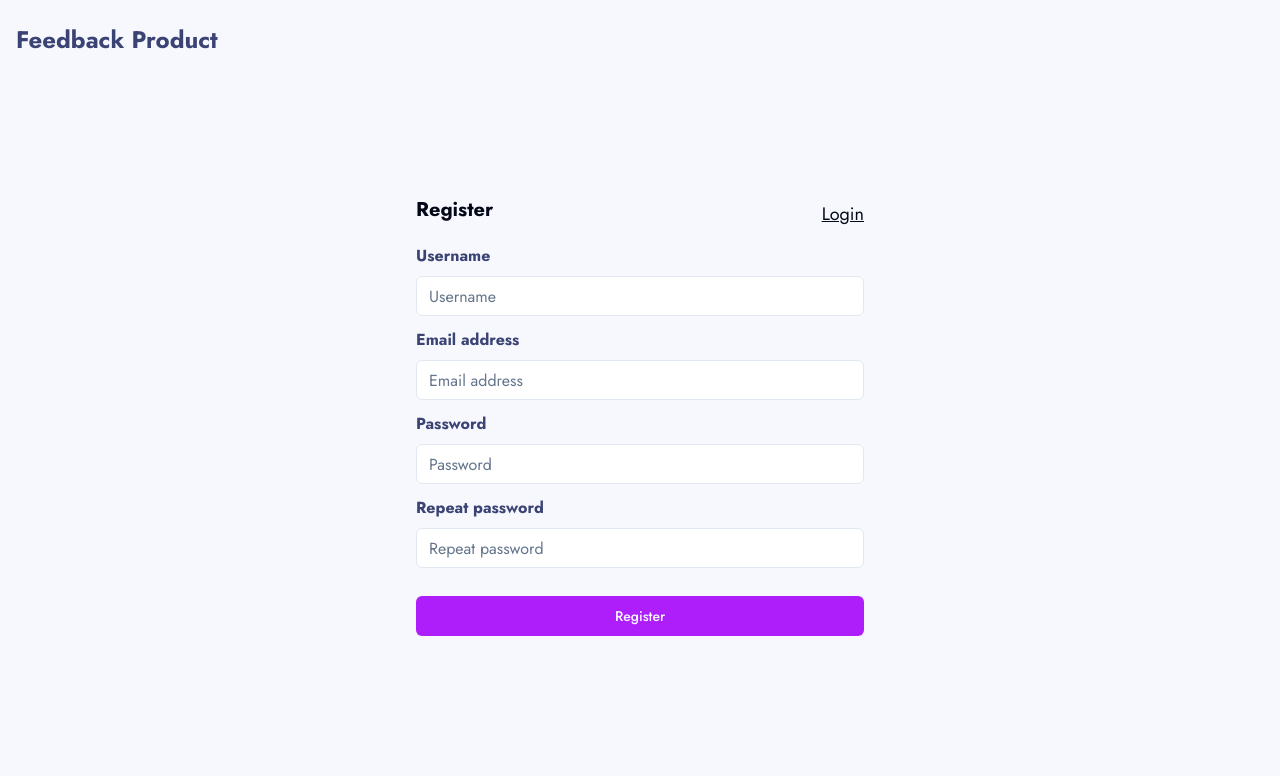
Repository: KornelJanczak/product-feedback-app
Page: /register
These files come from the project's save history. The page is drawn as it stood at one moment and after a run of saves; the edit follows.
The browser window is 1280 px wide. The pictures show the whole page.
The page's requests for data from a server got no answer. The project was rebuilt for these pictures with package versions that can differ from the ones it lists, and the page was loaded fresh each time. The framework's server and built-in components were replaced by stand-ins that run in the browser. No one was signed in, and anything a server would have sent is missing. Also part of the build but not shown: next.config.js, next.config.mjs.

Above is the page before, as saved 2024-01-28 19:48:07.

### app/layout.tsx
import type { Metadata } from "next";
import { Jost } from "next/font/google";
import { Toaster } from "sonner";
import "./globals.css";
import { authOptions } from "@/app/api/auth/[...nextauth]/options";
import { getServerSession } from "next-auth";
import AuthProvider from "@/providers/session-provider";

export const jost = Jost({
  subsets: ["latin"],
});

export const metadata: Metadata = {
  title: "Product Feedback",
  description: "Create your own section!",
};

export default async function RootLayout({
  children,
}: Readonly<{
  children: React.ReactNode;
}>) {
  const session = await getServerSession(authOptions);

  return (
    <html lang="en">
      <body
        className={`${jost.className} bg-darkWhite`}
        suppressHydrationWarning={true}
      >
        <AuthProvider session={session}>
          <Toaster position="top-center" />
          {children}
        </AuthProvider>
      </body>
    </html>
  );
}

### app/(auth)/layout.tsx
import { ReactNode } from "react";

export default function Layout({ children }: { children: ReactNode }) {
  return (
    <>
      <header className="container text-2xl font-bold text-secondDark pt-6">
        <h2>Feedback Product</h2>
      </header>
      {children}
    </>
  );
}

### app/(auth)/register/page.tsx
import FormAuth from "../_components/register-form";

export default function RegisterPage() {
  return <FormAuth />;
}

### app/globals.css
@tailwind base;
@tailwind components;
@tailwind utilities;

* {
  margin: 0;
  padding: 0;
}

@layer base {
  :root {
    --background: 0 0% 100%;
    --foreground: 222.2 84% 4.9%;

    --card: 0 0% 100%;
    --card-foreground: 222.2 84% 4.9%;

    --popover: 0 0% 100%;
    --popover-foreground: 222.2 84% 4.9%;

    --primary: 222.2 47.4% 11.2%;
    --primary-foreground: 210 40% 98%;

    --secondary: 210 40% 96.1%;
    --secondary-foreground: 222.2 47.4% 11.2%;

    --muted: 210 40% 96.1%;
    --muted-foreground: 215.4 16.3% 46.9%;

    --accent: 210 40% 96.1%;
    --accent-foreground: 222.2 47.4% 11.2%;

    --destructive: 0 84.2% 60.2%;
    --destructive-foreground: 210 40% 98%;

    --border: 214.3 31.8% 91.4%;
    --input: 214.3 31.8% 91.4%;
    --ring: 222.2 84% 4.9%;

    --radius: 0.5rem;
  }

  .dark {
    --background: 222.2 84% 4.9%;
    --foreground: 210 40% 98%;

    --card: 222.2 84% 4.9%;
    --card-foreground: 210 40% 98%;

    --popover: 222.2 84% 4.9%;
    --popover-foreground: 210 40% 98%;

    --primary: 210 40% 98%;
    --primary-foreground: 222.2 47.4% 11.2%;

    --secondary: 217.2 32.6% 17.5%;
    --secondary-foreground: 210 40% 98%;

    --muted: 217.2 32.6% 17.5%;
    --muted-foreground: 215 20.2% 65.1%;

    --accent: 217.2 32.6% 17.5%;
    --accent-foreground: 210 40% 98%;

    --destructive: 0 62.8% 30.6%;
    --destructive-foreground: 210 40% 98%;

    --border: 217.2 32.6% 17.5%;
    --input: 217.2 32.6% 17.5%;
    --ring: 212.7 26.8% 83.9%;
  }
}

@layer base {
  * {
    @apply border-border;
  }
  body {
    @apply bg-background text-foreground;
  }
}

### app/api/auth/[...nextauth]/options.ts
import NextAuth, { NextAuthOptions } from "next-auth";
import GithubProvider from "next-auth/providers/github";
import CredentialsProvider from "next-auth/providers/credentials";
import { PrismaAdapter } from "@next-auth/prisma-adapter";
import bcryptjs from "bcryptjs";
import prisma from "@/lib/db";

export const authOptions: NextAuthOptions = {
  adapter: PrismaAdapter(prisma),
  session: {
    strategy: "jwt",
  },
  secret: process.env.NEXTAUTH_SECRET,
  pages: {
    signIn: "/login",
  },
  providers: [
    GithubProvider({
      clientId: process.env.GITHUB_ID as string,
      clientSecret: process.env.GITHUB_SECRET as string,
    }),
    CredentialsProvider({
      name: "credentials",
      credentials: {},
      async authorize(credentials) {
        try {
          const { email, password } = credentials as {
            email: string;
            password: string;
          };

          console.log(email, password);
          const user = await prisma?.user.findFirst({
            where: {
              email,
            },
          });

          if (!user) return null;

          const passwordMatch = await bcryptjs.compare(
            password,
            user.password as string
          );

          if (!passwordMatch) return null;

          return user;
        } catch {
          return null;
        }
      },
    }),
  ],
  callbacks: {
    async signIn({ user, account }) {
      if (account?.provider == "credentials") return user;

      if (account?.provider === "github") {
        try {
          const existingUser = await prisma.user.findFirst({
            where: {
              email: user.email as string,
            },
          });

          if (existingUser) return existingUser;

          const newUser = await prisma.user.create({
            data: {
              userName: user.name!,
              email: user.email!,
            },
          });

          return newUser as any;
        } catch {
          return false;
        }
      }
    },
    async jwt({ token }) {
      const dbUser = await prisma.user.findFirst({
        where: {
          email: token.email as string,
        },
      });

      if (!dbUser) return token;

      return {
        id: dbUser.id,
        email: dbUser.email,
        name: dbUser.userName,
      };
    },

    async session({ token, session }) {
      if (token) {
        return {
          ...session,
          user: {
            email: token.email,
            name: token.name,
            id: token.id,
          },
        };
      }
      return session;
    },
    async redirect({ url, baseUrl }) {
      // if (url.startsWith("/")) return `${baseUrl}`;
      // // Allows callback URLs on the same origin
      // else if (new URL(url).origin === baseUrl) return baseUrl;
      // return baseUrl;
      return "/";
    },
  },
};

export default NextAuth(authOptions);

### providers/session-provider.tsx
"use client";
import { SessionProvider } from "next-auth/react";
import { ReactNode } from "react";
export default function AuthProvider({
  children,
  session,
}: {
  children: ReactNode;
  session: any;
}) {
  return <SessionProvider session={session}>{children}</SessionProvider>;
}

### app/(auth)/_components/register-form.tsx
"use client";
import createUser from "@/server-actions/create-user";
import { registerFormSchema } from "@/models/@auth-schema";
import { zodResolver } from "@hookform/resolvers/zod";
import { useForm, SubmitHandler } from "react-hook-form";
import SubmitBtn from "./submit-btn";
import {
  Form,
  FormControl,
  FormField,
  FormItem,
  FormLabel,
  FormMessage,
} from "@/components/ui/form";
import { Input } from "@/components/ui/input";
import * as z from "zod";
import { useRouter } from "next/navigation";
import { toast } from "sonner";
import { useState } from "react";

type Inputs = z.infer<typeof registerFormSchema>;

export default function RegisterForm() {
  const router = useRouter();
  const [pending, setPending] = useState<boolean>(false);

  const form = useForm<z.infer<typeof registerFormSchema>>({
    resolver: zodResolver(registerFormSchema),
    resetOptions: {
      keepTouched: true,
    },
    defaultValues: {
      username: "",
      email: "",
      password: "",
      repeatPassword: "",
    },
  });

  const processForm: SubmitHandler<Inputs> = async (data) => {
    setPending(true);
    try {
      const user = await createUser(data);
      if (!user) toast.error("Something went wrong");
      toast.success("Your account has been registered!");
      router.push("/login");
    } catch {
      toast.error("Something went wrong");
    } finally {
      form.reset();
      setPending(false);
    }
  };

  return (
    <section className="container h-screen flex items-center justify-center ">
      <Form {...form}>
        <form
          className="max-w-md w-full"
          onSubmit={form.handleSubmit(processForm)}
        >
          <div className="flex justify-between items-center">
            <h3 className="font-bold text-xl pb-2">Register</h3>
            <span
              className="text-lg cursor-pointer underline hover:transition duration-300"
              onClick={() => router.push("/login")}
            >
              Login
            </span>
          </div>
          <FormField
            control={form.control}
            name="username"
            render={({ field }) => (
              <FormItem className="pt-2 md:pt-3">
                <FormLabel className="md:text-base">Username</FormLabel>
                <FormControl>
                  <Input
                    placeholder="Username"
                    {...field}
                    className="md:text-base"
                    type="text"
                    required
                  />
                </FormControl>
                <FormMessage className="md:text-base" />
              </FormItem>
            )}
          />
          <FormField
            control={form.control}
            name="email"
            render={({ field }) => (
              <FormItem className="pt-2 md:pt-3">
                <FormLabel className="md:text-base">Email address</FormLabel>
                <FormControl>
                  <Input
                    placeholder="Email address"
                    {...field}
                    className="md:text-base"
                    type="email"
                    required
                  />
                </FormControl>
                <FormMessage className="md:text-base" />
              </FormItem>
            )}
          />
          <FormField
            control={form.control}
            name="password"
            render={({ field }) => (
              <FormItem className="pt-2 md:pt-3">
                <FormLabel className="md:text-base">Password</FormLabel>
                <FormControl>
                  <Input
                    placeholder="Password"
                    {...field}
                    className="md:text-base"
                    type="password"
                    required
                  />
                </FormControl>
                <FormMessage className="md:text-base" />
              </FormItem>
            )}
          />
          <FormField
            control={form.control}
            name="repeatPassword"
            render={({ field }) => (
              <FormItem className="pt-2 md:pt-3">
                <FormLabel className="md:text-base">Repeat password</FormLabel>
                <FormControl>
                  <Input
                    placeholder="Repeat password"
                    {...field}
                    className="md:text-base"
                    type="password"
                    required
                  />
                </FormControl>
                <FormMessage className="md:text-base" />
              </FormItem>
            )}
          />
          <SubmitBtn pending={pending}>Register</SubmitBtn>
        </form>
      </Form>
    </section>
  );
}

### server-actions/create-user.ts
"use server";
import { registerFormSchema } from "@/models/@auth-schema";
import prisma from "@/lib/db";
import * as z from "zod";
import bcryptjs from "bcryptjs";

type Inputs = z.infer<typeof registerFormSchema>;
export default async function createUser(values: Inputs) {
  try {
    const validateFields = registerFormSchema.safeParse(values);

    if (!validateFields.success)
      return { error: validateFields.error.flatten().fieldErrors };

    const existingUser = await prisma.user.findFirst({
      where: {
        email: values.email,
      },
    });

    if (existingUser) throw new Error("User already existing!");

    const hashPass = await bcryptjs.hash(values.password, 10);

    const user = await prisma.user.create({
      data: {
        userName: values.username,
        email: values.email,
        password: hashPass,
      },
    });
    return user;
  } catch (err) {
    throw new Error("Failed to create account!");
  }
}

### models/@auth-schema.ts
import * as z from "zod";

const validation = {
  email: z.string().email({ message: "Email must contain @ symbol." }),
  password: z
    .string()
    .min(5, { message: "Password must contain at lesat 5 symbol" })
    .regex(/[A-Z]/, {
      message: "Password must contain at least one uppercase letter.",
    })
    .regex(/[a-z]/, {
      message: "Password must contain at least one lowercase letter.",
    })
    .regex(/[0-9]/, { message: "Password must contain at least one digit." })
    .regex(/[@#$%^&+=!]/, {
      message: "Password must contain at least one special character.",
    }),
};

export const registerFormSchema = z
  .object({
    username: z.string().min(2, {
      message: "Username must be at least 2 characters.",
    }),
    ...validation,
    repeatPassword: z.string(),
  })
  .refine((data) => data.password === data.repeatPassword, {
    message: "Passwords do not match.",
  });

export const loginFormSchema = z.object({ ...validation });

### app/(auth)/_components/submit-btn.tsx
"use client";
import React from "react";
import ClipLoader from "react-spinners/ClipLoader";
import { Button } from "@/components/ui/button";
import { ReactNode } from "react";

interface SubmitBtnProps {
  className?: string;
  pending?: boolean;
  children: ReactNode;
}

const SubmitBtn: React.FC<SubmitBtnProps> = React.memo(
  ({ className, children, pending }) => {
    return (
      <Button
        className={`mt-5 w-full bg-pink hover:opacity-70 hover:bg-pink hover:transition duration-300 lg:mt-7 ${className}`}
        type="submit"
        aria-disabled={pending}
      >
        {pending ? <ClipLoader size={24} color="#3A4374" /> : children}
      </Button>
    );
  }
);

SubmitBtn.displayName = "SubmitBtn";

export default SubmitBtn;

### components/ui/input.tsx
import * as React from "react";

import { cn } from "@/lib/utils";

export interface InputProps
  extends React.InputHTMLAttributes<HTMLInputElement> {}

const Input = React.forwardRef<HTMLInputElement, InputProps>(
  ({ className, type, ...props }, ref) => {
    return (
      <input
        type={type}
        className={cn(
          "hover:border-blue focus:border-transparent text-grey flex h-10 w-full rounded-md border border-input bg-background px-3 py-2 text-sm ring-offset-background file:border-0 file:bg-transparent file:text-sm file:font-medium placeholder:text-muted-foreground focus-visible:outline-none focus-visible:ring-2 focus-visible:ring-ring focus-visible:ring-offset-2 disabled:cursor-not-allowed disabled:opacity-50",
          className
        )}
        ref={ref}
        {...props}
      />
    );
  }
);
Input.displayName = "Input";

export { Input };

### components/ui/button.tsx
import * as React from "react";
import { Slot } from "@radix-ui/react-slot";
import { cva, type VariantProps } from "class-variance-authority";

import { cn } from "@/lib/utils";

const buttonVariants = cva(
  "inline-flex items-center justify-center whitespace-nowrap rounded-md text-sm font-medium ring-offset-background transition-colors focus-visible:outline-none focus-visible:ring-2 focus-visible:ring-ring focus-visible:ring-offset-2 disabled:pointer-events-none disabled:opacity-50",
  {
    variants: {
      variant: {
        default: "bg-primary text-primary-foreground hover:bg-primary/90",
        destructive:
          "bg-destructive text-destructive-foreground hover:bg-destructive/90",
        outline:
          "border border-input bg-background hover:bg-accent hover:text-accent-foreground",
        secondary:
          "bg-secondary text-secondary-foreground hover:bg-secondary/80",
        ghost: "hover:bg-accent hover:text-accent-foreground",
        link: "text-primary underline-offset-4 hover:underline",
      },
      size: {
        default: "h-10 px-4 py-2",
        sm: "h-9 rounded-md px-3",
        lg: "h-11 rounded-md px-8",
        icon: "h-10 w-10",
      },
    },
    defaultVariants: {
      variant: "default",
      size: "default",
    },
  }
);

export interface ButtonProps
  extends React.ButtonHTMLAttributes<HTMLButtonElement>,
    VariantProps<typeof buttonVariants> {
  asChild?: boolean;
}

const Button = React.forwardRef<HTMLButtonElement, ButtonProps>(
  ({ className, variant, size, asChild = false, ...props }, ref) => {
    const Comp = asChild ? Slot : "button";
    return (
      <Comp
        className={cn(buttonVariants({ variant, size, className }))}
        ref={ref}
        {...props}
      />
    );
  }
);
Button.displayName = "Button";

export { Button, buttonVariants };

### components/ui/label.tsx
"use client"

import * as React from "react"
import * as LabelPrimitive from "@radix-ui/react-label"
import { cva, type VariantProps } from "class-variance-authority"

import { cn } from "@/lib/utils"

const labelVariants = cva(
  "text-sm font-medium leading-none peer-disabled:cursor-not-allowed peer-disabled:opacity-70"
)

const Label = React.forwardRef<
  React.ElementRef<typeof LabelPrimitive.Root>,
  React.ComponentPropsWithoutRef<typeof LabelPrimitive.Root> &
    VariantProps<typeof labelVariants>
>(({ className, ...props }, ref) => (
  <LabelPrimitive.Root
    ref={ref}
    className={cn(labelVariants(), className, "text-secondDark font-bold")}
    {...props}
  />
))
Label.displayName = LabelPrimitive.Root.displayName

export { Label }

### tailwind.config.ts
import type { Config } from "tailwindcss";

const config = {
  darkMode: ["class"],
  content: [
    "./pages/**/*.{ts,tsx}",
    "./components/**/*.{ts,tsx}",
    "./app/**/*.{ts,tsx}",
    "./src/**/*.{ts,tsx}",
  ],
  prefix: "",
  theme: {
    container: {
      center: true,
      padding: {
        DEFAULT: "1rem",
        sm: "1rem",
        lg: "4rem",
        xl: "5rem",
        "2xl": "6rem",
      },
      screens: {
        default: "1400px",
        "2xl": "1400px",
      },
    },
    extend: {
      // fontFamily: {
      //   jost: ["var(--jost)"],
      //   ...fontFamily.jost,
      // },
      colors: {
        border: "hsl(var(--border))",
        input: "hsl(var(--input))",
        ring: "hsl(var(--ring))",
        background: "hsl(var(--background))",
        foreground: "hsl(var(--foreground))",
        primary: {
          DEFAULT: "hsl(var(--primary))",
          foreground: "hsl(var(--primary-foreground))",
        },
        secondary: {
          DEFAULT: "hsl(var(--secondary))",
          foreground: "hsl(var(--secondary-foreground))",
        },
        destructive: {
          DEFAULT: "hsl(var(--destructive))",
          foreground: "hsl(var(--destructive-foreground))",
        },
        muted: {
          DEFAULT: "hsl(var(--muted))",
          foreground: "hsl(var(--muted-foreground))",
        },
        accent: {
          DEFAULT: "hsl(var(--accent))",
          foreground: "hsl(var(--accent-foreground))",
        },
        popover: {
          DEFAULT: "hsl(var(--popover))",
          foreground: "hsl(var(--popover-foreground))",
        },
        card: {
          DEFAULT: "hsl(var(--card))",
          foreground: "hsl(var(--card-foreground))",
        },
        pink: "#AD1EFA",
        blue: "#4661E6",
        lighterBlue: "#62BCFA",
        dark: "rgb(55, 63, 104)",
        secondDark: "#3A4374",
        grey: "#647196",
        orange: "#F49F85",
        basicWhite: "#ffffff",
        middleWhite: "#F2F4FF",
        darkWhite: "#F7F8FD",
      },
      borderRadius: {
        lg: "var(--radius)",
        md: "calc(var(--radius) - 2px)",
        sm: "calc(var(--radius) - 4px)",
      },
      keyframes: {
        "accordion-down": {
          from: { height: "0" },
          to: { height: "var(--radix-accordion-content-height)" },
        },
        "accordion-up": {
          from: { height: "var(--radix-accordion-content-height)" },
          to: { height: "0" },
        },
      },
      animation: {
        "accordion-down": "accordion-down 0.2s ease-out",
        "accordion-up": "accordion-up 0.2s ease-out",
      },
    },
  },
  plugins: [require("tailwindcss-animate")],
} satisfies Config;

export default config;

Loaded but not shown: lib/db.ts (common file); lib/utils.ts (common file); components/ui/form.tsx (176 lines, source omitted)

After the next 2 saves:
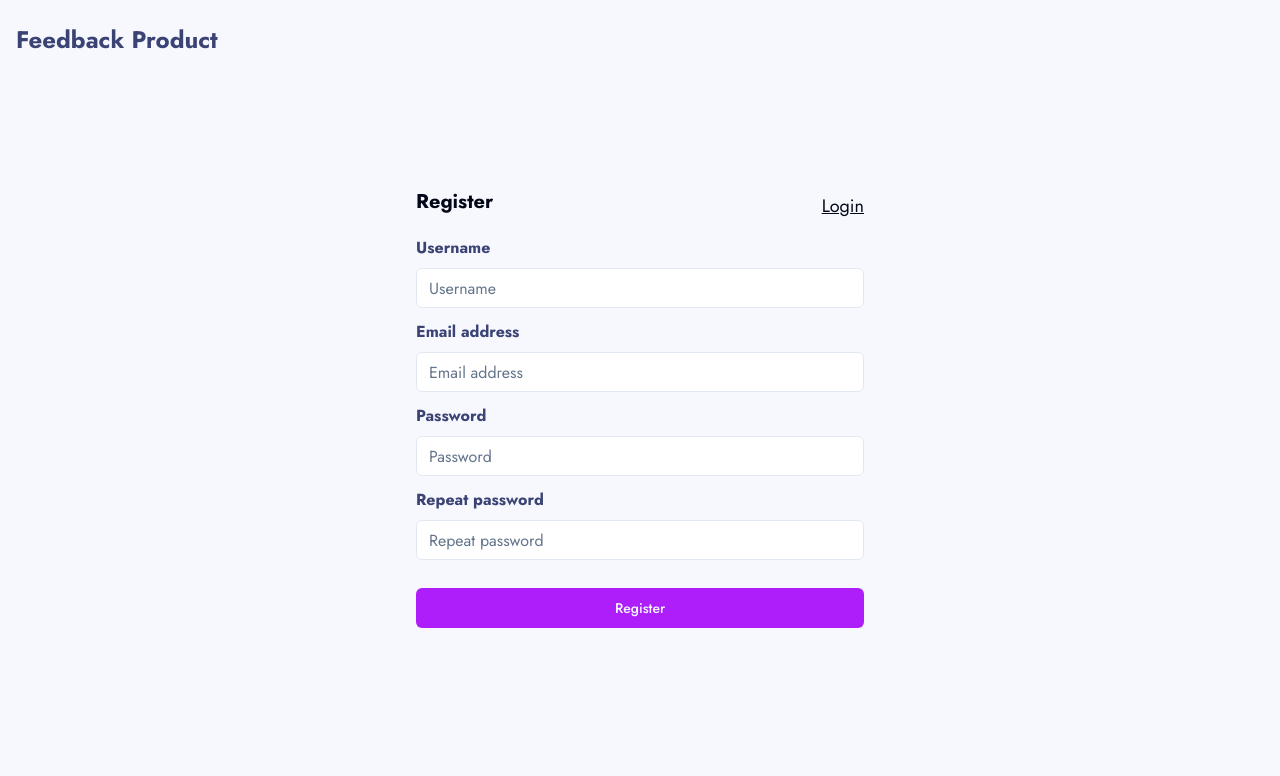
The 2 saves are shown as one change because they came seconds apart.
The last was saved 60 s later.
--- a/app/(auth)/_components/register-form.tsx
+++ b/app/(auth)/_components/register-form.tsx
@@ -53,7 +53,7 @@ export default function RegisterForm() {
   };
 
   return (
-    <section className="container h-screen flex items-center justify-center ">
+    <section className="container h-screen flex items-center justify-center pb-4 ">
       <Form {...form}>
         <form
           className="max-w-md w-full"
